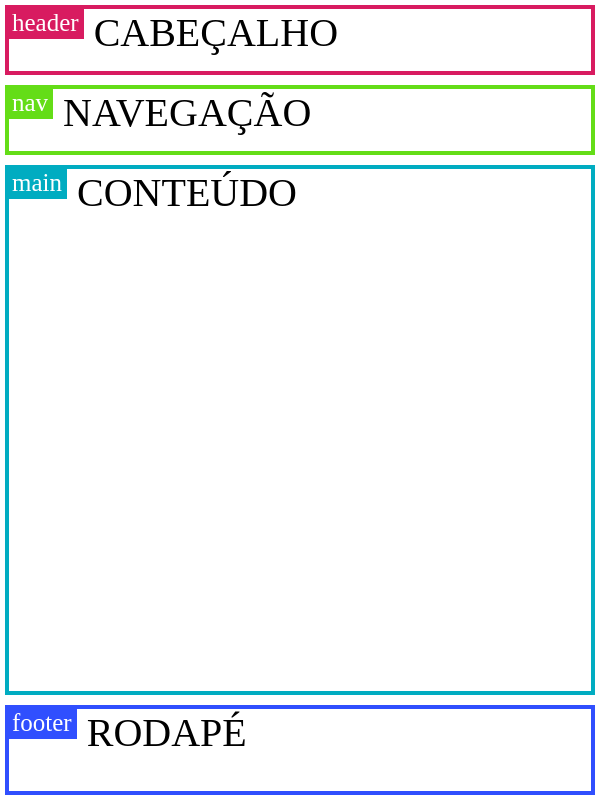
Repository: eversonps/flexbox-grid-css
Page: grid/cssgrid3.html
These files come from the project's save history. The page is drawn as it stood at one moment and after the next save; the edit follows.
The browser window is 600 px wide. The pictures show the whole page.

Above is the page before, as saved 2022-03-23 17:01:59.

After the next save:
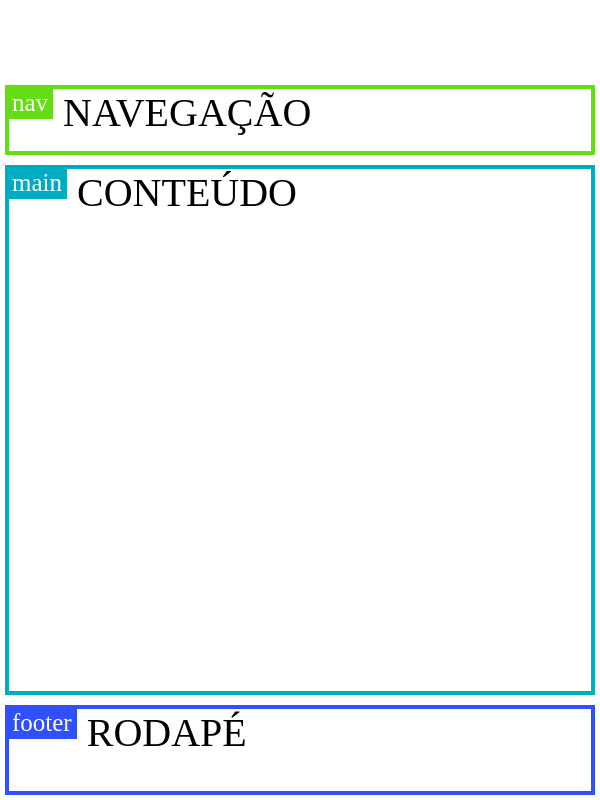
Saved 103 s later.
--- a/grid/cssgrid3.html
+++ b/grid/cssgrid3.html
@@ -48,6 +48,10 @@
                 "conteudo"
                 "rodape";
             }
+
+            header{
+                display: none;
+            }
         }
     </style>
 </head>
